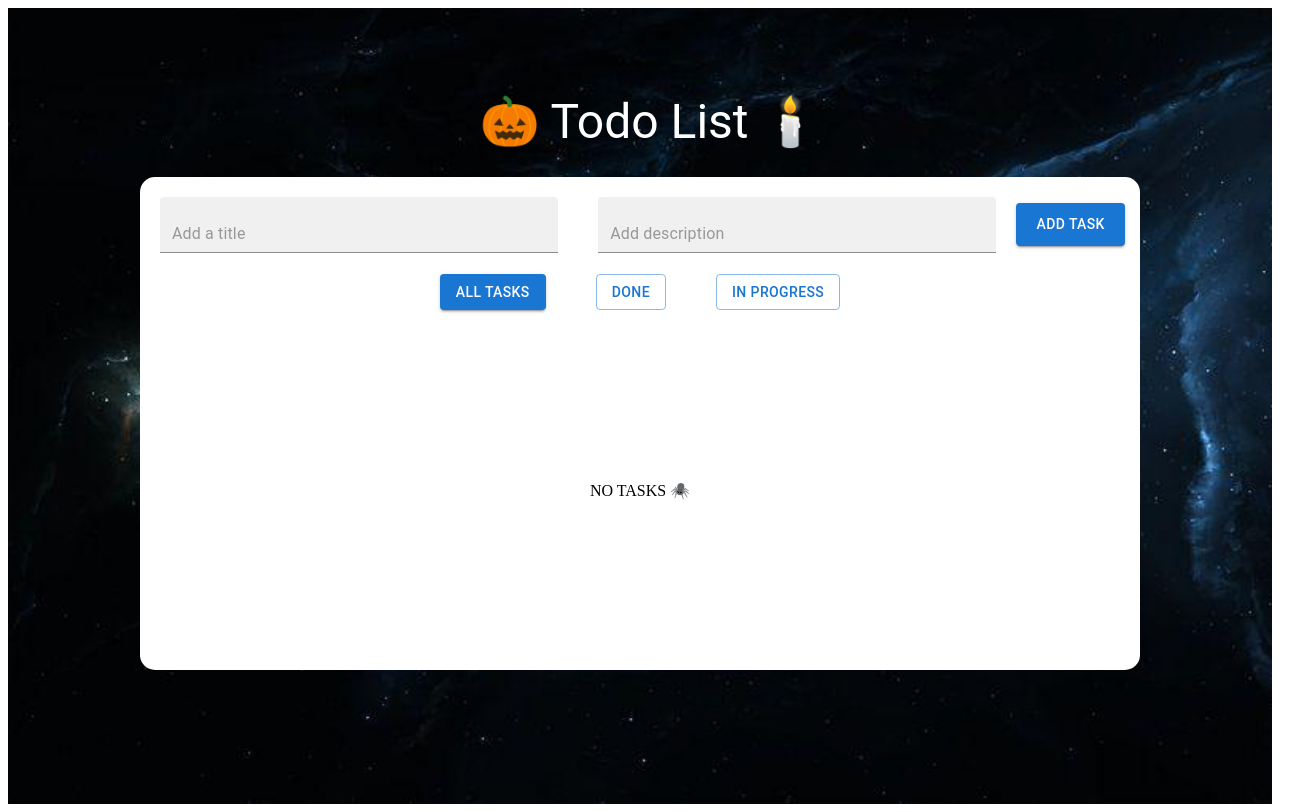
Repository: Tracy-maker/TodoList
Page: /
An editor plug-in stored every save of this project. The page is shown before and after the next save, followed by the edit.
The browser window is 1280 px wide. The page is 1292 px wide, so the pictures cover 1292 px, including what lies to the right of the window. The pictures show the whole page.
The project was rebuilt for these pictures with package versions that can differ from the ones it lists, and the page was loaded fresh each time. Also part of the build but not shown: src/components/TaskEdit.js, src/components/TaskShow.js.

Above is the page before, as saved 2023-09-21 08:09:52.

### public/index.html
<!DOCTYPE html>
<html lang="en">
  <head>
    <meta charset="utf-8" />
    <link rel="icon" href="%PUBLIC_URL%/favicon.ico" />
    <meta name="viewport" content="width=device-width, initial-scale=1" />
    <meta name="theme-color" content="#000000" />
    <meta
      name="description"
      content="Web site created using create-react-app"
    />
    <link rel="apple-touch-icon" href="%PUBLIC_URL%/logo192.png" />
    <!--
      manifest.json provides metadata used when your web app is installed on a
      user's mobile device or desktop. See https://developers.google.com/web/fundamentals/web-app-manifest/
    -->
    <link rel="manifest" href="%PUBLIC_URL%/manifest.json" />
    <link href="https://fonts.googleapis.com/css2?family=Montserrat:wght@300;400;500&amp;display=swap" rel="stylesheet">
    <!--
      Notice the use of %PUBLIC_URL% in the tags above.
      It will be replaced with the URL of the `public` folder during the build.
      Only files inside the `public` folder can be referenced from the HTML.

      Unlike "/favicon.ico" or "favicon.ico", "%PUBLIC_URL%/favicon.ico" will
      work correctly both with client-side routing and a non-root public URL.
      Learn how to configure a non-root public URL by running `npm run build`.
    -->
    <title>React App</title>
  </head>
  <body>
    <noscript>You need to enable JavaScript to run this app.</noscript>
    <div id="root"></div>
    <!--
      This HTML file is a template.
      If you open it directly in the browser, you will see an empty page.

      You can add webfonts, meta tags, or analytics to this file.
      The build step will place the bundled scripts into the <body> tag.

      To begin the development, run `npm start` or `yarn start`.
      To create a production bundle, use `npm run build` or `yarn build`.
    -->
  </body>
</html>

### src/App.js
import { useState, useEffect } from "react";
import CreateTask from "./components/CreateTask";
import TaskList from "./components/TaskList";
import { Box, Stack } from "@mui/material";
import styled from "styled-components";
import Typography from "@mui/material/Typography";
import Image1 from "./image/7.jpg";
import TaskButton from "./components/TaskButton";

const StyledContainer = styled(Stack)`
  height: 100vh;
  width: 100%;
  display: flex;
  align-items: stretch;
  padding-top: 6%;
  background-image: url(${Image1});
  background-size: cover;
  background-repeat: no-repeat;
`;

const TaskForm = styled(Box)`
  margin-left: auto;
  margin-right: auto;
  width: 1000px;
  background-color: white;
  border-radius: 15px;
  @media (max-width: 768px) {
    width: 100%;
  }
`;
const Title = styled(Typography)`
  color: white;
  margin: auto;
  width: 100%;
  padding: 10px;
  text-align: center;
`;

function App() {
  const [filter, setFilter] = useState("all");
  const [tasks, setTasks] = useState(() => {
    const localValue = localStorage.getItem("tasks");
    if (localValue == null) return [];
    return JSON.parse(localValue);
  });

  useEffect(() => {
    localStorage.setItem("tasks", JSON.stringify(tasks));
  }, [tasks]);

  const createTask = (title, description) => {
    const newTask = {
      id: crypto.randomUUID(),
      title: title,
      description: description,
      status: "inProgress",
    };

    const existingTasks = JSON.parse(localStorage.getItem("tasks")) || [];
    existingTasks.push(newTask);
    localStorage.setItem("tasks", JSON.stringify(existingTasks));
    setTasks(existingTasks);
  };

  const deleteTasksById = (id) => {
    const existingTasks = JSON.parse(localStorage.getItem("tasks")) || [];
    const updatedTasks = existingTasks.filter((task) => {
      return task.id !== id;
    });
    localStorage.setItem("tasks", JSON.stringify(updatedTasks));
    setTasks(updatedTasks);
  };

  const editTaskById = (id, newTitle, newDescription) => {
    const existingTasks = JSON.parse(localStorage.getItem("tasks")) || [];
    const taskToEdit = existingTasks.findIndex((task) => task.id === id);

    if (taskToEdit) {
      const updatedTask = {
        ...taskToEdit,
        title: newTitle,
        description: newDescription,
      };

      const updatedTasks = existingTasks.map((task) =>
        task.id === id ? updatedTask : task
      );
      localStorage.setItem("tasks", JSON.stringify(updatedTasks));
      setTasks(updatedTasks);
    }
  };

  const handleFilterTasks = (filter) => {
    setFilter(filter);
  };

  let filteredTasks = tasks;
  if (filter !== "all") {
    filteredTasks = tasks.filter((task) => task.status === filter);
  }

  const toggleCheckedBoxById = (id) => {
    const updatedTasks = tasks.map((task) => {
      if (task.id === id) {
        let nextStatus;
        if (task.status === "done") {
          nextStatus = "inProgress";
        } else {
          nextStatus = "done";
        }
        return {
          ...task,
          status: nextStatus,
        };
      }
      return task;
    });
    setTasks(updatedTasks);
  };

  return (
    <StyledContainer>
      <Title variant="h3" gutterBottom>
        🎃 Todo List 🕯️
      </Title>
      <TaskForm>
        <CreateTask onCreate={createTask} />
        <TaskButton defaultValue={filter} onFilterChange={handleFilterTasks} />
        <TaskList
          toggleCheckedBoxById={toggleCheckedBoxById}
          tasks={filteredTasks}
          onDelete={deleteTasksById}
          onEdit={editTaskById}
        />
      </TaskForm>
    </StyledContainer>
  );
}
export default App;

### src/components/CreateTask.js
import * as React from "react";
import Stack from "@mui/material/Stack";
import TextField from "@mui/material/TextField";
import Button from "@mui/material/Button";
import { useState } from "react";
import { styled } from "@mui/material";

const Input = styled(TextField)`
  padding:2%;
  width: 80%;
`;

const AddButton = styled(Button)`
  margin: auto;
  width: 20%;
  padding: 9px;
  text-align: center;
  margin-right: 15px;
`;

function CreateTask(props) {
  const [title, setTitle] = useState("");
  const [description, setDescription] = useState("");

  const handleChange = (event) => {
    const { name, value } = event.target;
    if (name === "title") {
      setTitle(value);
    } else if (name === "description") {
      setDescription(value);
    }
  };

  const handleSubmit = (event) => {
    event.preventDefault();
    if (title.trim() !== "" || description.trim() !== "") {
      props.onCreate( title, description );
      setTitle("");
      setDescription("");
    }
  };

  return (
    <Stack onSubmit={handleSubmit} component="form" direction="row">
      <Input
        name="title"
        value={title}
        onChange={handleChange}
        placeholder="Add a title"
        variant="filled"
      />
      <Input
        name="description"
        value={description}
        onChange={handleChange}
        placeholder="Add description"
        variant="filled"
      />
      <AddButton type="submit" variant="contained">
        Add Task
      </AddButton>
    </Stack>
  );
}

export default CreateTask;

### src/components/TaskList.js
import React from "react";
import TaskShow from "./TaskShow";
import { Box } from "@mui/material";
import styled from "styled-components";

const Reminder = styled(Box)`
  text-align: center;
  padding: ${(props) => (props.noTasks ? "17%" : "0")};
`;

function TaskList(props) {
  const renderedTasksList = props.tasks.map((task) => {
    return (
      <TaskShow
        key={task.id}
        task={task}
        onDelete={props.onDelete}
        onEdit={props.onEdit}
        toggleCheckedBoxById={props.toggleCheckedBoxById}
      />
    );
  });

  return (
    <>
      <Reminder noTasks={props.tasks.length === 0}>
        {props.tasks.length === 0 && "NO TASKS 🕷️"}
      </Reminder>
      {renderedTasksList}
    </>
  );
}

export default TaskList;

### src/components/TaskButton.js
import * as React from "react";
import { Box, Button } from "@mui/material";
import styled from "styled-components";

const ButtonNavigationBar = styled(Box)`
  display: flex;
  justify-content: center;
  gap: 50px;
  padding: 1px;
`;

function TaskButton(props) {
  return (
    <ButtonNavigationBar>
      <Button
        variant={props.defaultValue === "all" ? "contained" : "outlined"}
        onClick={() => props.onFilterChange("all")}
      >
        All Tasks
      </Button>
      <Button
        variant={props.defaultValue === "done" ? "contained" : "outlined"}
        onClick={() => props.onFilterChange("done")}
      >
        Done
      </Button>
      <Button
        variant={props.defaultValue === "inProgress" ? "contained" : "outlined"}
        onClick={() => props.onFilterChange("inProgress")}
      >
        In Progress
      </Button>
    </ButtonNavigationBar>
  );
}
export default TaskButton;

Loaded but not shown: src/index.js (common file)

After the next save:
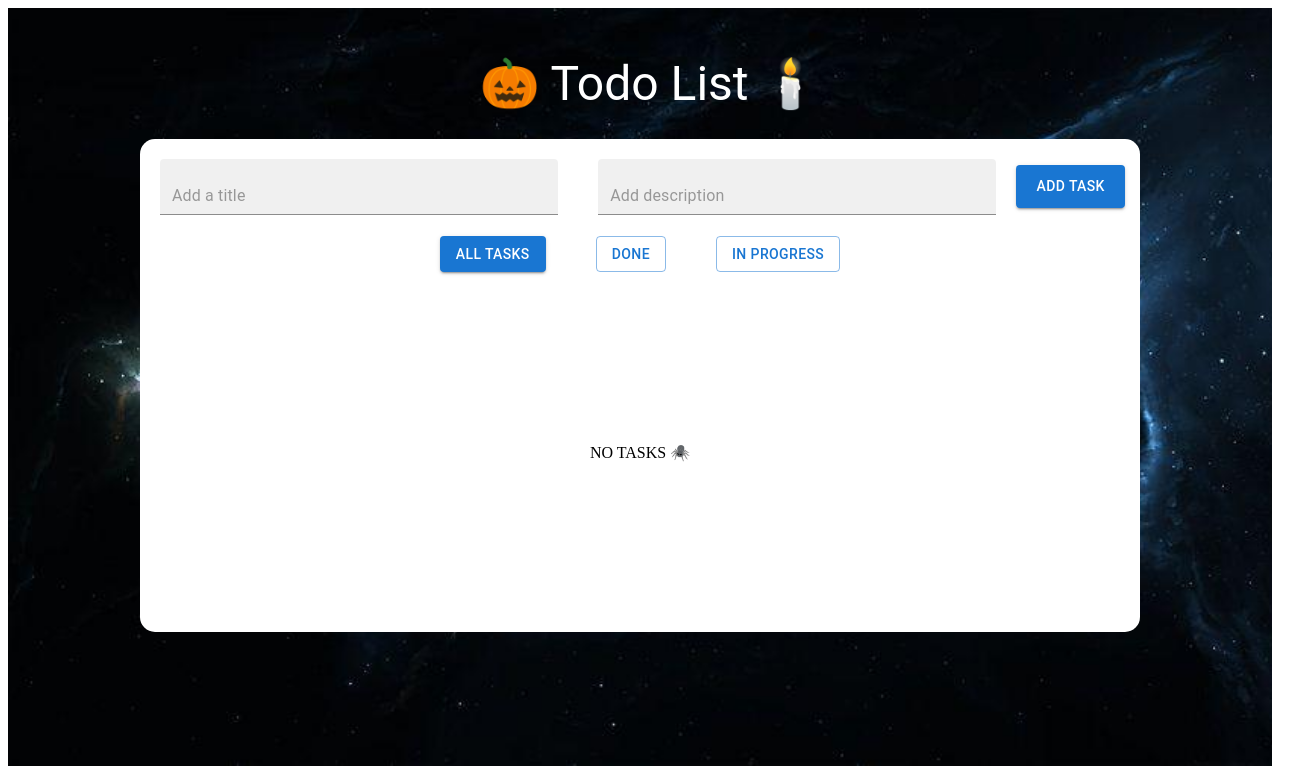
Saved 30 s later.
--- a/src/App.js
+++ b/src/App.js
@@ -12,7 +12,7 @@ const StyledContainer = styled(Stack)`
   width: 100%;
   display: flex;
   align-items: stretch;
-  padding-top: 6%;
+  padding-top: 3%;
   background-image: url(${Image1});
   background-size: cover;
   background-repeat: no-repeat;
